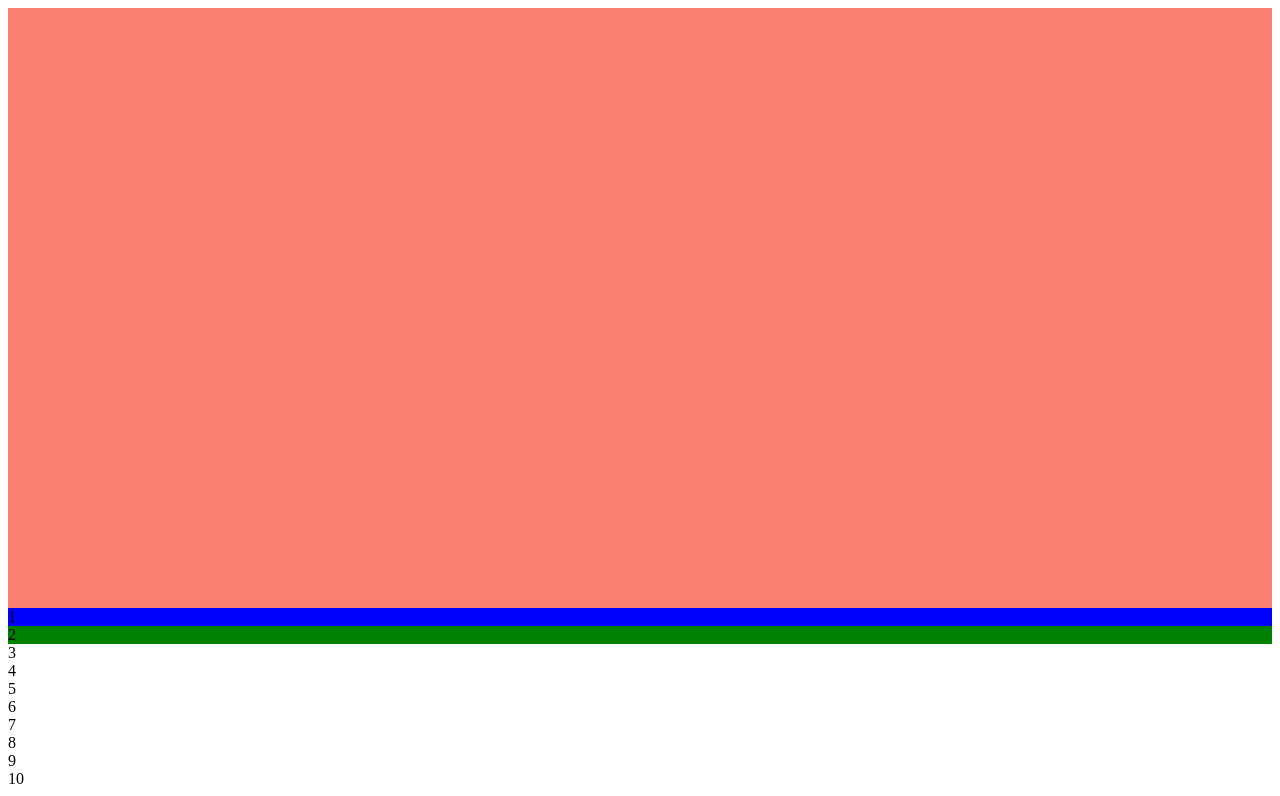
Repository: DinkarRavi/Dinkar_Coding
Page: 22aug24/grid.html
An editor plug-in stored every save of this project. The page is shown before and after the next save, followed by the edit.
The browser window is 1280 px wide. The pictures show the whole page.

Above is the page before, as saved 2024-08-22 14:56:57.

### 22aug24/grid.html
<!DOCTYPE html>
<html lang="en">
<head>
    <meta charset="UTF-8">
    <meta name="viewport" content="width=device-width, initial-scale=1.0">
    <title>Document</title>
    <link rel="stylesheet" href="grid.css">
</head>
<body>
    <div>
        <div id="parent"></div>
        <div>1</div>
        <div>2</div>
        <div>3</div>
        <div>4</div>
        <div>5</div>
        <div>6</div>
        <div>7</div>
        <div>8</div>
        <div>9</div>
        <div>10</div>

    </div>
</body>
</html>

### 22aug24/grid.css

div{
#parent{
border: 2px;
background-color: salmon;
height: 600px;
}

div:nth-child(1) {
  background: red;
}
div:nth-child(2) {
    background: blue;
  }
  div:nth-child(3) {
    background: green;
  }
  iv:nth-child(4) {
    background: magenta;
  }
}

After the next save:
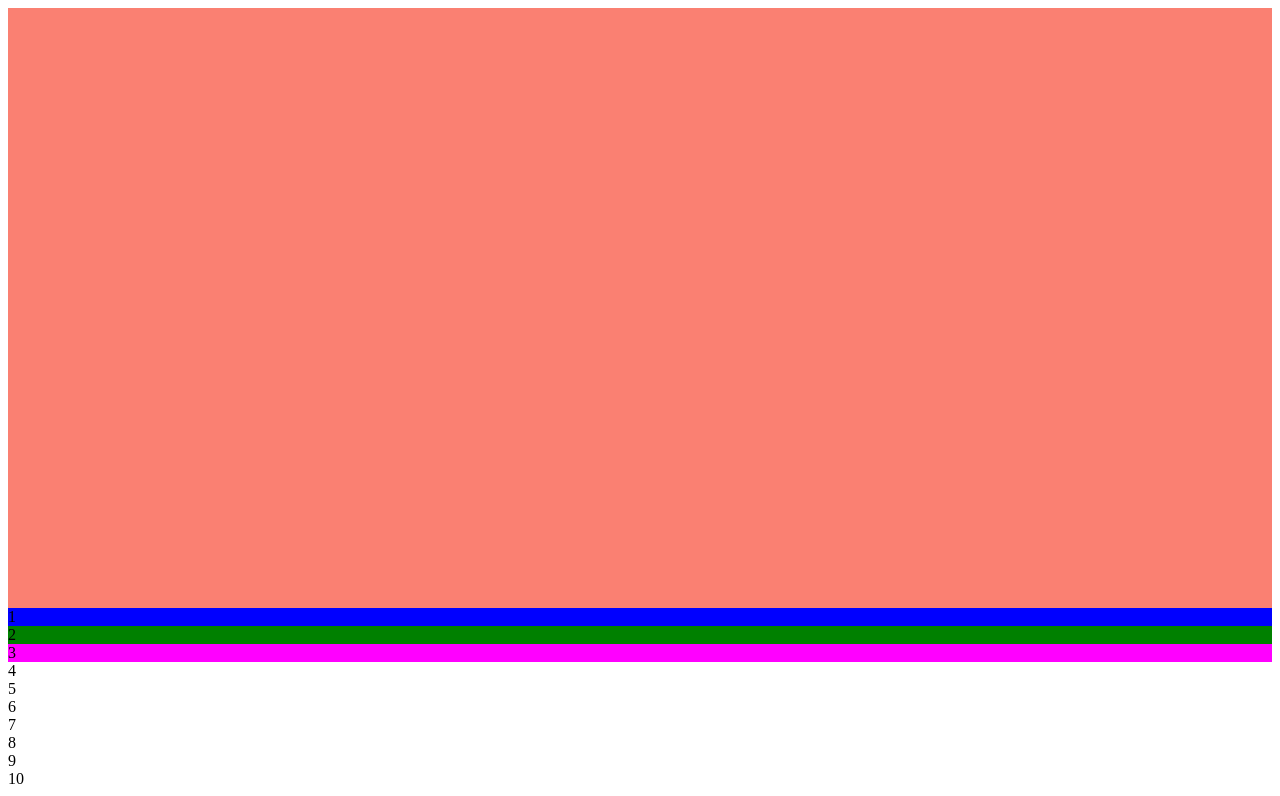
Saved 4 s later.
--- a/22aug24/grid.css
+++ b/22aug24/grid.css
@@ -15,7 +15,7 @@ div:nth-child(2) {
   div:nth-child(3) {
     background: green;
   }
-  iv:nth-child(4) {
+  div:nth-child(4) {
     background: magenta;
   }
 }
